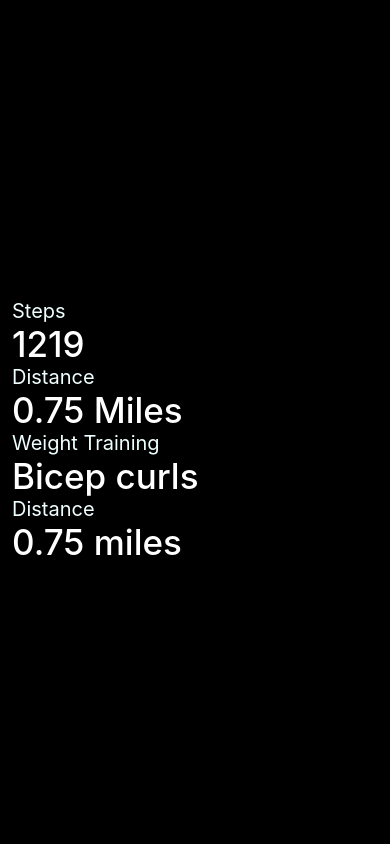
Repository: JamesPesenti/JiMTracker
Screen: /
An editor plug-in stored every save of this project. The screen is shown before and after a run of saves, followed by the edit.
The app was drawn by React Native's web renderer in a window 390 px wide. The project was rebuilt for these pictures with package versions that can differ from the ones it lists, and the page was loaded fresh each time.

Above is the screen before, as saved 2023-06-16 11:38:15.

### App.tsx
import { StatusBar } from 'expo-status-bar';
import { StyleSheet, Text, View } from 'react-native';

const Value = ({ label, value }) => {
  return (
    <>
     <View style={styles.valueContainer}>
      <Text style={styles.label}>{label}</Text>
      <Text style={styles.amount}>{value}</Text>
     </View>
    </>
  )
}


export default function App() {
  return (
    <View style={styles.container}>
      <Text>JIMtracker</Text>
        <Value label="Steps" value="1219" />
        <Value label="Distance" value="0.75 Miles" />
          {/* Training */}
           <View style={styles.valueContainer}>
              <Text style={styles.label}>Weight Training</Text>
              <Text style={styles.amount}>Bicep curls</Text>
          </View>

        <View style={{flexDirection: 'row'}}>
          {/* Distance */}
          <View style={styles.valueContainer}>
              <Text style={styles.label}>Distance</Text>
              <Text style={styles.amount}>0.75 miles</Text>
          </View>
        </View>
      <StatusBar style="auto" />
    </View>
  );
}

const styles = StyleSheet.create({
  container: {
    flex: 1,
    backgroundColor: 'black',
    justifyContent: 'center',
    padding: 12,
    marginHorizontal: 0
  },
  valueContainer: {
    color: "white",
    marginRight: 40,
  },
  label: {
    color: "azure",
    fontSize: 20,
  },
  amount: {
    color: "white",
    fontSize: 35,
    fontWeight: "500"
  }
});

After the next 2 saves:
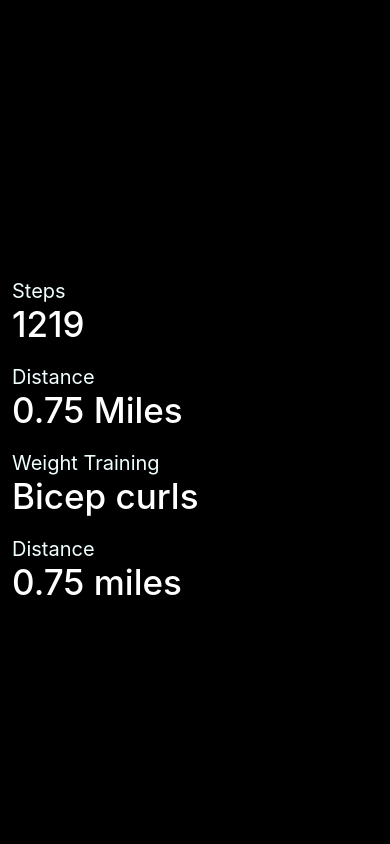
The 2 saves are shown as one change because they came seconds apart.
The last was saved 6 min 25 s later.
--- a/App.tsx
+++ b/App.tsx
@@ -1,7 +1,12 @@
 import { StatusBar } from 'expo-status-bar';
 import { StyleSheet, Text, View } from 'react-native';
 
-const Value = ({ label, value }) => {
+type ValueProps = {
+  label: string;
+  value: string;
+}
+
+const Value = ({ label, value }: ValueProps) => {
   return (
     <>
      <View style={styles.valueContainer}>
@@ -43,7 +48,8 @@ const styles = StyleSheet.create({
     backgroundColor: 'black',
     justifyContent: 'center',
     padding: 12,
-    marginHorizontal: 0
+    marginHorizontal: 0,
+    gap: 20
   },
   valueContainer: {
     color: "white",
